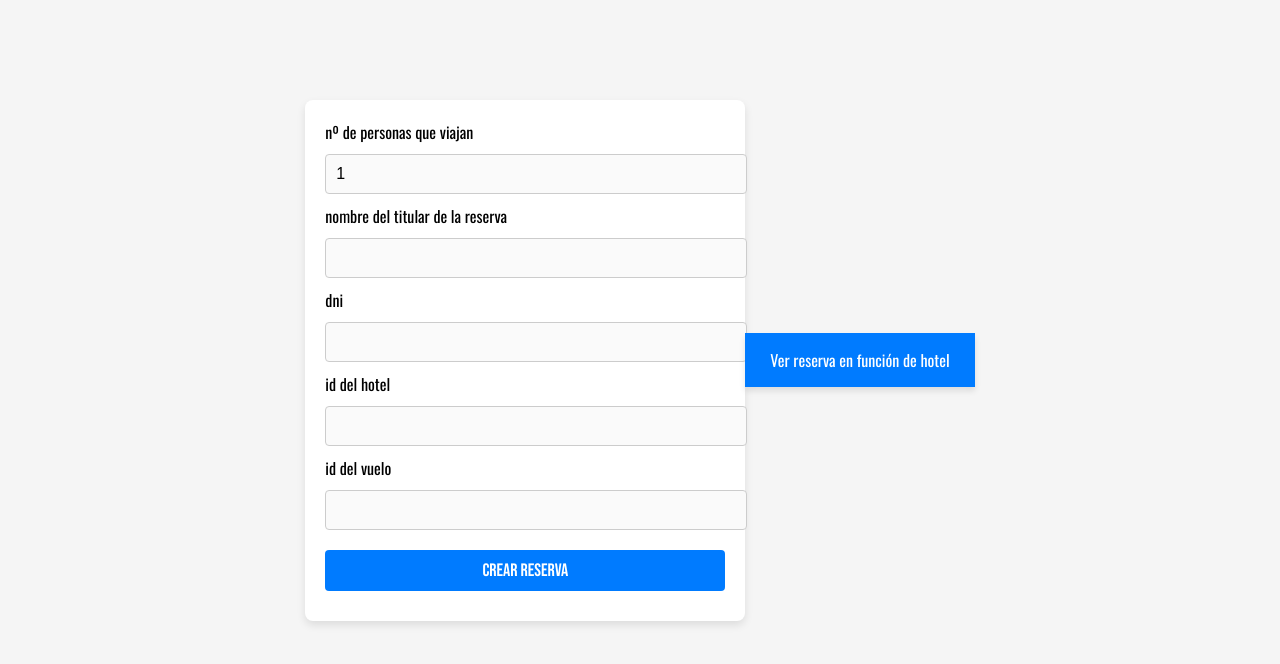
Repository: craschelf/GestionDeViajes-Microservicios
Page: http://localhost/formularioReservas
These files come from the project's save history. The page is drawn as it stood at one moment and after the next save; the edit follows.
The browser window is 1280 px wide. The pictures show the whole page.
The page is this project's Thymeleaf template; nobody is signed in. The template is opened directly, without the code that normally fills it, so the values that code supplies are empty.

Above is the page before, as saved 2024-06-06 15:04:48.

### FrontProyectoFinal/src/main/resources/templates/formularioReservas.html
<!DOCTYPE html>
<html lang="es">

<head>
	<link rel="stylesheet" href="css/formulario.css">
	<meta charset="UTF-8">
	<meta name="viewport" content="width=device-width, initial-scale=1.0">
	<link rel="preconnect" href="https://fonts.googleapis.com">
	<link rel="preconnect" href="https://fonts.gstatic.com" crossorigin>
	<link href="https://fonts.googleapis.com/css2?family=Oswald:wght@200..700&display=swap" rel="stylesheet">
	<link href="https://fonts.googleapis.com/css2?family=Bebas+Neue&display=swap" rel="stylesheet">
	<title>Hotel Ejemplo</title>
</head>
<body>
	<form th:action="@{/reservas/nueva/} + ${numPersonas}" th:object="${reservaDto}" method="post" class="search-container">
		nº de personas que viajan
			    <input type="number" id="numPersonas" name="numPersonas" th:value="1" placeholder="Número de plazas a reservar..." readonly/>
		nombre del titular de la reserva<input th:field="*{nombreCliente}" type="text" id="nombreCliente"
			name="nombreCliente" />
		dni<input th:field="*{dni}" type="text" id="dni" name="dni" />
		id del hotel<input th:field="*{idHotel}" type="text" id="idHotel" name="idHotel" />
		id del vuelo <input th:field="*{idVuelo}" type="text" id="idVuelo" name="idVuelo" />
		<button type="submit">Crear reserva</button>
	</form>
	<a href="/reservas/lista">Ver reserva en función de hotel</a>
</body>
</html>

### FrontProyectoFinal/src/main/resources/static/css/formulario.css

body {
    font-family: 'Oswald', sans-serif;
    background-color: #f5f5f5;
    display: flex;
    justify-content: center;
    align-items: center;
    height: 100vh;
    margin: 0;
}

.search-container {
    background-color: #ffffff;
    padding: 20px;
    border-radius: 8px;
    box-shadow: 0 4px 8px rgba(0, 0, 0, 0.1);
    max-width: 400px;
    width: 100%;
    display: flex;
    flex-direction: column;
}

.search-container input[type="number"],
.search-container input[type="text"],
.search-container button {
    width: 100%;
    padding: 10px;
    margin: 10px 0;
    border: 1px solid #cccccc;
    border-radius: 4px;
    font-size: 16px;
}

.search-container input[type="number"],
.search-container input[type="text"] {
    background-color: #fafafa;
}

.search-container button {
    background-color: #007BFF;
    color: #ffffff;
    border: none;
    cursor: pointer;
    transition: background-color 0.3s ease;
    font-family: 'Bebas Neue', cursive;
    font-size: 18px;
}

.search-container button:hover {
    background-color: #0056b3;
}

.search-container label {
    font-weight: 600;
    margin-top: 10px;
}

a {
	display: inline-block;
	padding: 15px 25px;
	text-align: center;
	text-decoration: none;
	color: white;
	background-color: #007BFF;
	box-shadow: 0 4px 6px rgba(0, 0, 0, 0.1);
	transition: background-color 0.3s ease, box-shadow 0.3s ease;
}

        a:hover {
            background-color: #0056b3;
            box-shadow: 0 6px 10px rgba(0, 0, 0, 0.15);
        }

After the next save:
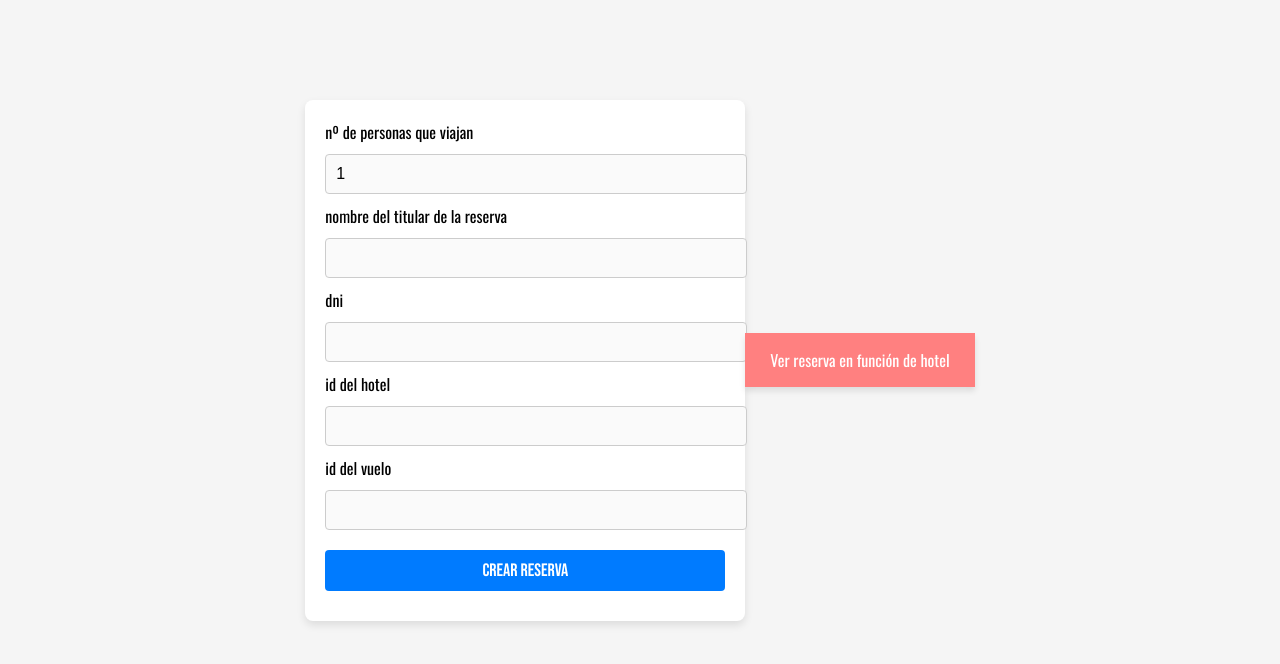
Saved 44 s later.
--- a/FrontProyectoFinal/src/main/resources/static/css/formulario.css
+++ b/FrontProyectoFinal/src/main/resources/static/css/formulario.css
@@ -61,12 +61,12 @@ a {
 	text-align: center;
 	text-decoration: none;
 	color: white;
-	background-color: #007BFF;
+	background-color: rgb(255, 128, 128);
 	box-shadow: 0 4px 6px rgba(0, 0, 0, 0.1);
 	transition: background-color 0.3s ease, box-shadow 0.3s ease;
 }
 
         a:hover {
-            background-color: #0056b3;
+            background-color: rgb(255, 128, 128);
             box-shadow: 0 6px 10px rgba(0, 0, 0, 0.15);
         }
